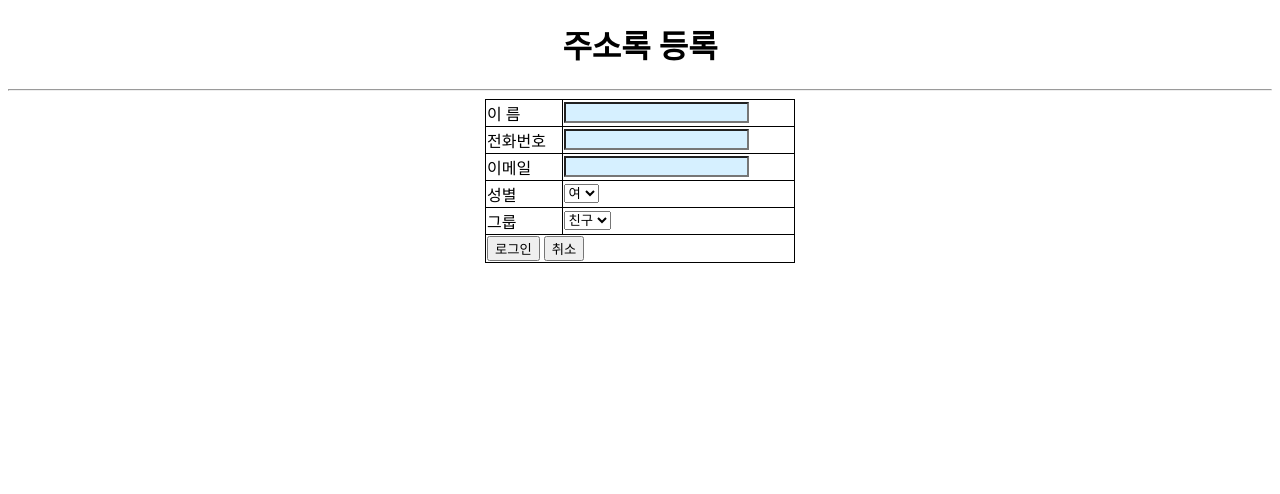
Repository: jpg723/Assignment
Page: http://localhost/LAB13/LAB13_4/addr_form.jsp
An editor plug-in stored every save of this project. The page is shown before and after the next save, followed by the edit.
The browser window is 1280 px wide. The pictures show the whole page.
The page is served by Tomcat 9. Other server files are loaded and not shown.

Above is the page before, as saved 2021-12-17 01:09:29.

### 웹프로그래밍/LAB13/src/main/webapp/LAB13_4/addr_form.jsp
<%@ page language="java" contentType="text/html; charset=UTF-8"
    pageEncoding="UTF-8"%>
<!DOCTYPE html PUBLIC "-//W3C//DTD HTML 4.01 Transitional//EN" "http://www.w3.org/TR/html4/loose.dtd">
<html>
<head>
<meta http-equiv="Content-Type" content="text/html; charset=UTF-8">
<title>ch: 주소록</title>
<style>
	div	{
		text-align: center;
	}
	table {
		width: 150px;
		text-align: center;
		margin-left: auto;
		margin-right: auto;
	}
	table, td {
		border: 1px solid black;
		border-collapse: collapse;
	}
	table {
		width: 310px;
	}
	td {
		text-align: left;
	}
	.box{
		background-color: #d6f0ff;
	}

</style>
</head>
<body>
<div>
	<h1 style="font-weight: bold;">주소록 등록</h1>
	<hr>
	<form method="post" action="addr_add.jsp" name="form1">
		<table>
			<tr>
				<td>이 름</td>
				<td><input type="text" name="username" size=20 class="box"></td>
			</tr>
			<tr>
				<td>전화번호</td>
				<td><input type="text" name="tel" size=20 class="box"></td>
			</tr>
			<tr>
				<td>이메일</td>
				<td><input type="text" name="email" size=20 class="box"></td>
			</tr>
			<tr>
				<td>성별</td>
				<td>
					<select name="gender">
						<option value="여" selected>여</option>
						<option value="남">남</option>
					</select>
				</td>
			<tr>
				<td>그룹</td>
				<td>
					<select name="group">
						<option value="가족">가족</option>
						<option value="친구" selected>친구</option>
						<option value="직장">직장</option>
					</select>
				</td>
			</tr>
			<tr>
			<td colspan="2">
				<input type="submit" name="login" value="로그인">
				<input type="reset" name="reset" value="취소">
			</td>
			</tr>
		</table>
	</form>
</div>
</body>
</html>

After the next save:
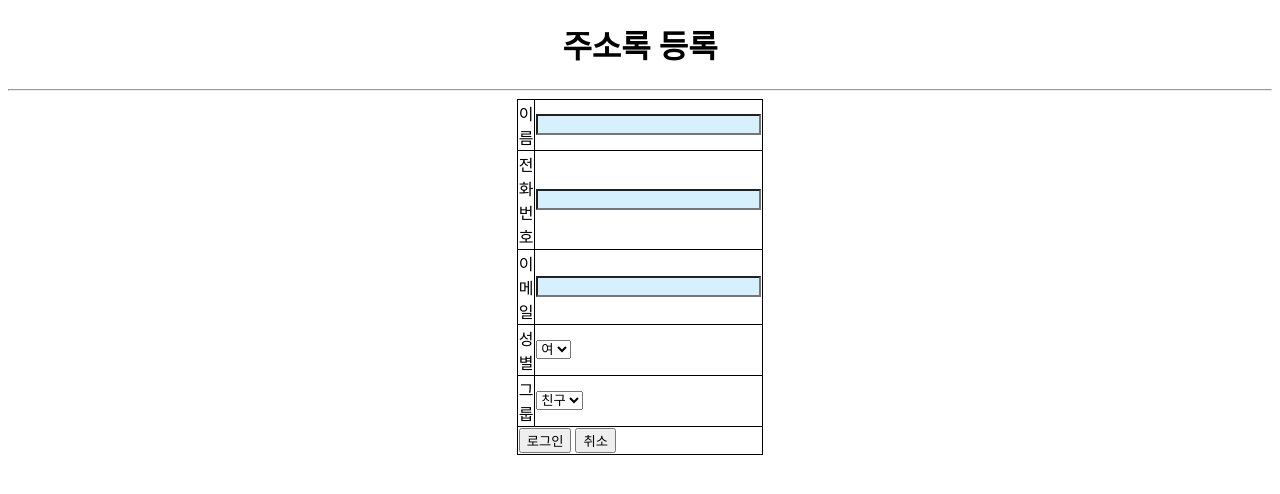
Saved 32 s later.
--- a/웹프로그래밍/LAB13/src/main/webapp/LAB13_4/addr_form.jsp
+++ b/웹프로그래밍/LAB13/src/main/webapp/LAB13_4/addr_form.jsp
@@ -20,7 +20,7 @@
 		border-collapse: collapse;
 	}
 	table {
-		width: 310px;
+		width: 200px;
 	}
 	td {
 		text-align: left;
@@ -39,15 +39,15 @@
 		<table>
 			<tr>
 				<td>이 름</td>
-				<td><input type="text" name="username" size=20 class="box"></td>
+				<td><input type="text" name="username" size=25 class="box"></td>
 			</tr>
 			<tr>
 				<td>전화번호</td>
-				<td><input type="text" name="tel" size=20 class="box"></td>
+				<td><input type="text" name="tel" size=25 class="box"></td>
 			</tr>
 			<tr>
 				<td>이메일</td>
-				<td><input type="text" name="email" size=20 class="box"></td>
+				<td><input type="text" name="email" size=25 class="box"></td>
 			</tr>
 			<tr>
 				<td>성별</td>
